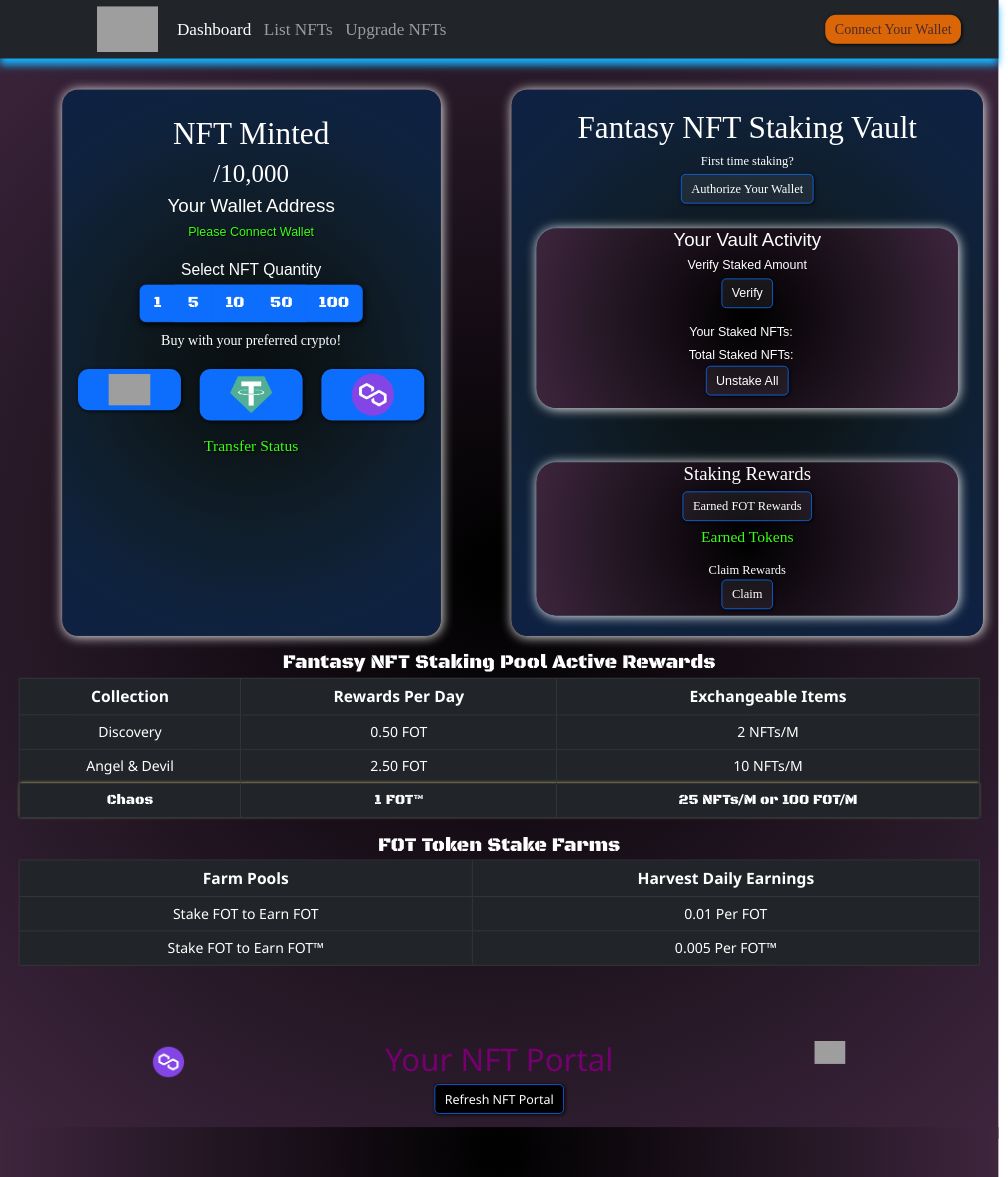
Repository: f-nft/f-fnt-Fantasy-Collection
Page: / (app in web3/)
The author's editor kept a copy of each file at every save. The page is drawn from the files as they stood at one save, then again after the next save.
The browser window is 1280 px wide. The page is 1292 px wide, so the pictures cover 1292 px, including what lies to the right of the window. The pictures show the whole page, at 78% of full size.
Pictures or frames that could not be fetched are drawn as grey boxes. The page's requests for data from a server got no answer. Some web fonts or font styles are not loaded; a fallback is used. The project was rebuilt for these pictures with package versions that can differ from the ones it lists, and the page was loaded fresh each time. No one was signed in, and anything a server would have sent is missing.

Above is the page before, as saved 2022-06-09 15:18:58.

After the next save:
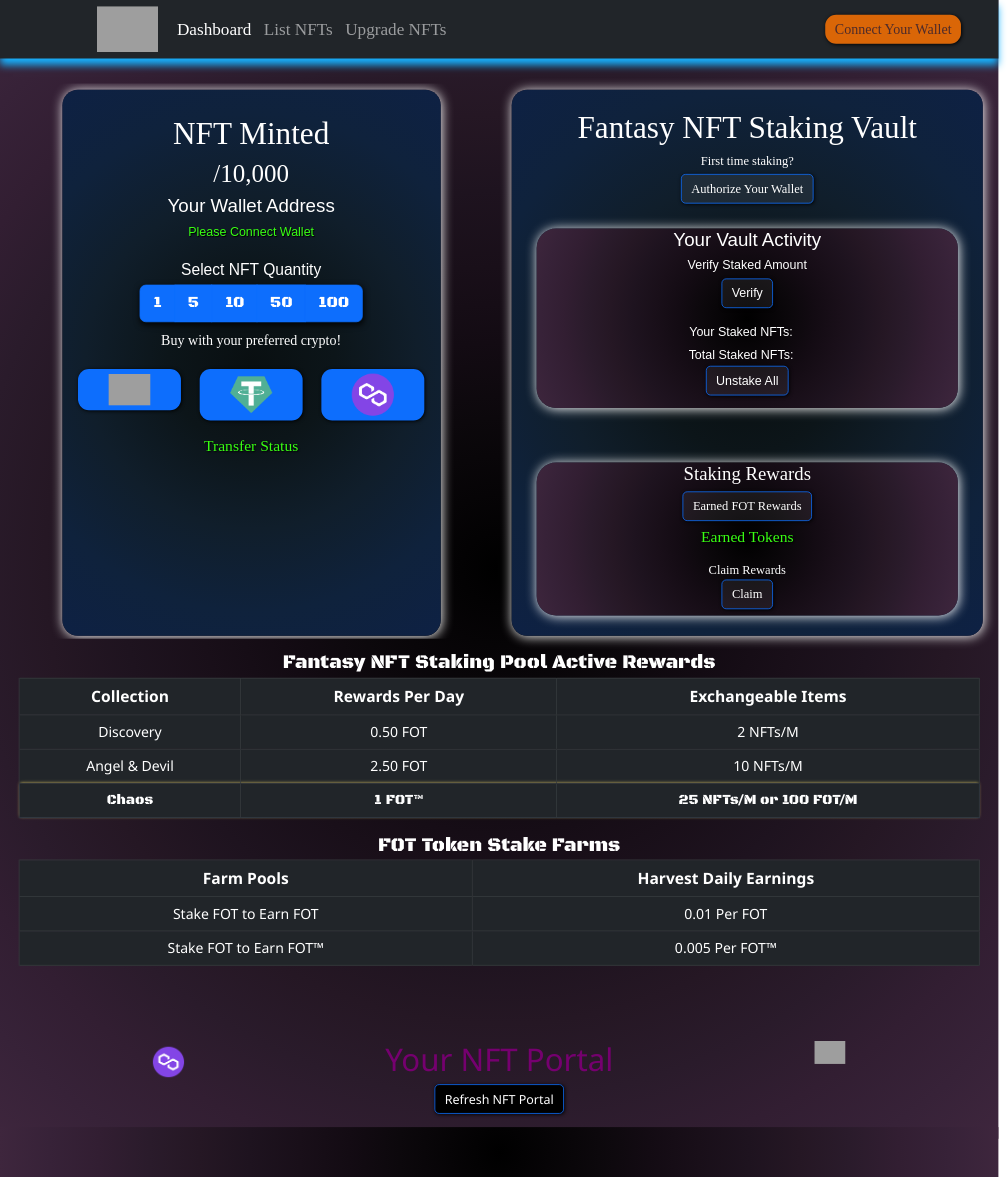
Saved 16 s later.
--- a/web3/src/App.js
+++ b/web3/src/App.js
@@ -329,7 +329,7 @@ class App extends Component {
 					</div>
 				</nav>
 				<div className='row bt-1 pt-2 pb-1 center'>
-					<div className='col bt-1 pt-2 pb-1 center'>
+					<div className='col bt-1 pt-2 pb-1 center container'>
 						<body className='nftstaker container border-1' style={{ borderRadius: '25px', boxShadow: '1px 1px 15px #ffffff', minWidth: '385px', maxWidth: '485px', minHeight: '700px', maxHeight: '700px' }}>
 							<form>
 								<div className='row pt-4'>
